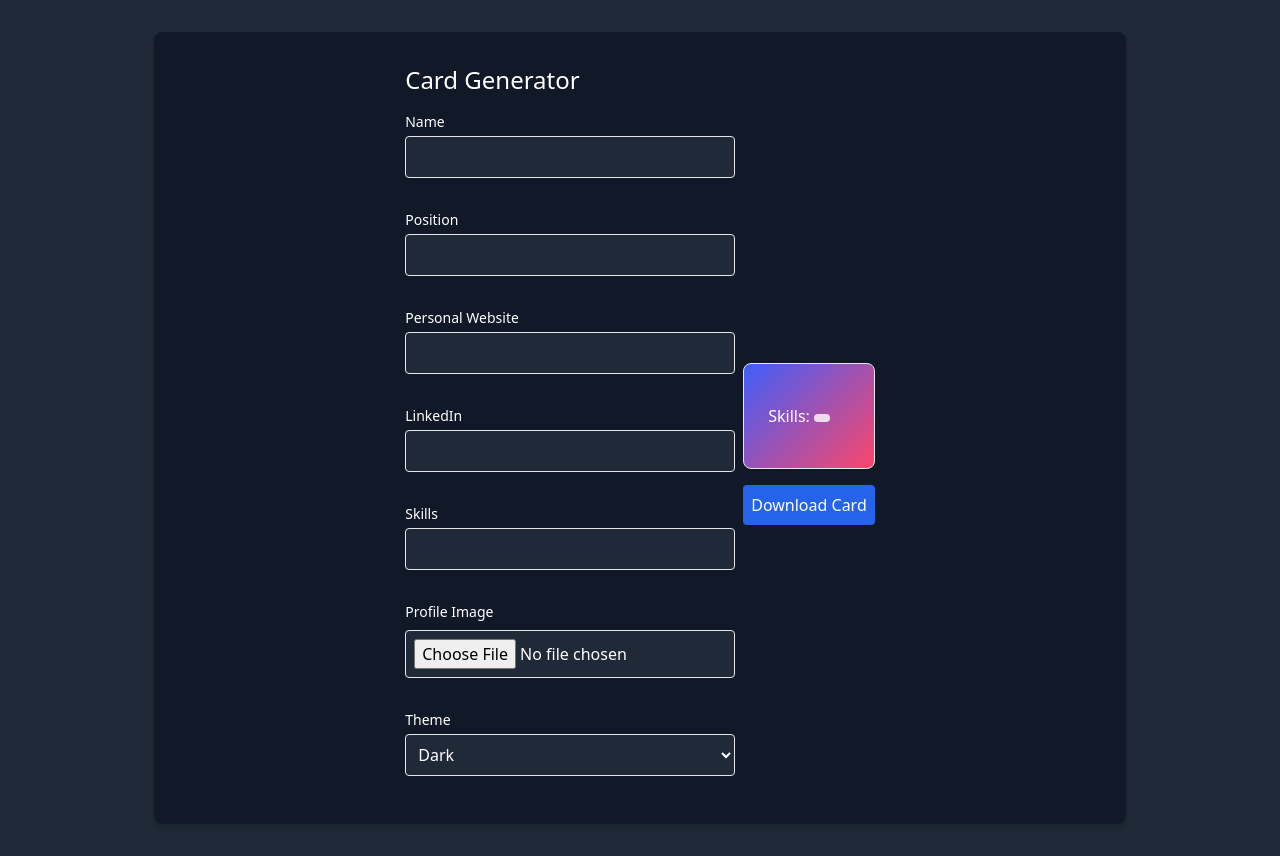
Repository: SmanSayeed/card-generator-react-application
Page: /
An editor plug-in stored every save of this project. The page is shown before and after the next save, followed by the edit.
The browser window is 1280 px wide. The pictures show the whole page.
The project was rebuilt for these pictures with package versions that can differ from the ones it lists, and the page was loaded fresh each time. Also part of the build but not shown: vite.config.js.

Above is the page before, as saved 2024-09-24 16:29:21.

After the next save:
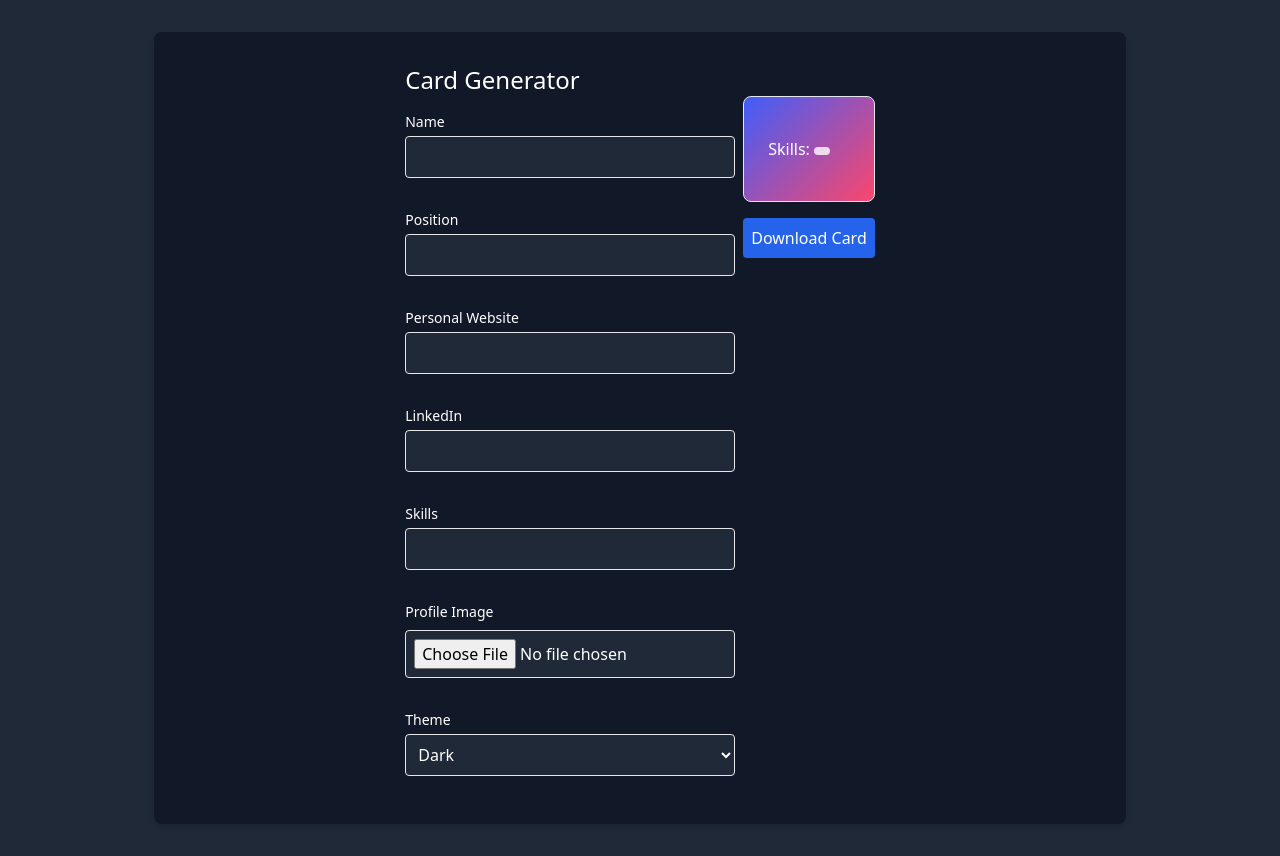
Saved 4 s later.
--- a/src/components/template/CardGenerator.jsx
+++ b/src/components/template/CardGenerator.jsx
@@ -19,7 +19,7 @@ const CardGenerator = () => {
 
   return (
     <div className="max-w-[80%] mx-auto bg-gray-900 text-white p-8 rounded-lg shadow-md">
-      <div className="flex justify-center items-center gap-2">
+      <div className="flex justify-center items-start gap-2">
         <div>
           <h1 className="text-2xl mb-4">Card Generator</h1>
           <CardForm />
